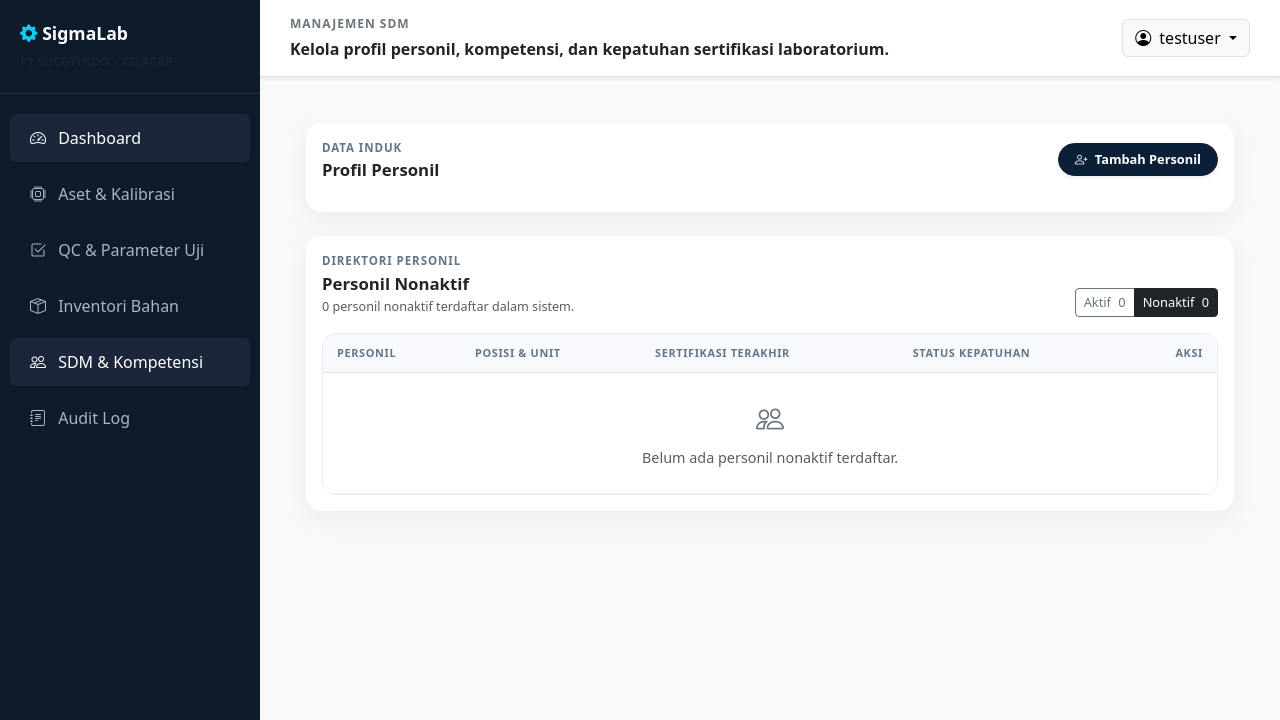
Repository: amelianeesa/sigmalab
Page: http://localhost/sdm?status=nonaktif
An editor plug-in stored every save of this project. The page is shown before and after the next save, followed by the edit.
The browser window is 1280 px wide. The pictures show the whole page.
The page is served by the project's Laravel application, run on PHP 8.4 with Laravel 12. A made-up administrator, Test User (test@example.com), is signed in. Other server files are loaded and not shown. Queries for data that is not in the repository find no rows.

Above is the page before, as saved 2026-08-05 16:12:53.

### routes/web.php
<?php

use Illuminate\Support\Facades\Route;
use App\Http\Controllers\AuthController;
use App\Http\Controllers\SdmController;

Route::get('/', [AuthController::class, 'showLogin']);
Route::get('/login', [AuthController::class, 'showLogin'])->name('login');
Route::post('/login', [AuthController::class, 'processLogin'])->name('login.process');

Route::get('/register', [AuthController::class, 'showRegister'])->name('register');
Route::post('/register', [AuthController::class, 'processRegister'])->name('register.process');

Route::post('/logout', [AuthController::class, 'logout'])->name('logout');

Route::middleware(['auth'])->group(function () {

    Route::get('/dashboard', function () {
        return view('dashboard-index');
    })->name('dashboard');

    Route::get('/sdm', [SdmController::class, 'index'])->name('sdm.index');
    Route::get('/sdm/create', [SdmController::class, 'create'])->name('sdm.create');
    Route::post('/sdm', [SdmController::class, 'store'])->name('sdm.store');
    Route::get('/sdm/{id}/edit', [SdmController::class, 'edit'])->name('sdm.edit');
    Route::put('/sdm/{id}', [SdmController::class, 'update'])->name('sdm.update');
    Route::delete('/sdm/{id}', [SdmController::class, 'destroy'])->name('sdm.destroy');

    Route::get('/sdm/{id}/kompetensi', [SdmController::class, 'kompetensiDetail'])->name('sdm.kompetensi.detail');
    Route::get('/sdm/{id}/cv', [SdmController::class, 'showCv'])->name('sdm.cv');
});

### app/Models/User.php
<?php

namespace App\Models;

use Illuminate\Database\Eloquent\Factories\HasFactory;
use Illuminate\Foundation\Auth\User as Authenticatable;
use Illuminate\Notifications\Notifiable;

class User extends Authenticatable
{
    use HasFactory, Notifiable;

    protected $table = 'users';
    protected $primaryKey = 'users_id';

    protected $fillable = [
        'personil_id',
        'username',
        'email',
        'password',
        'role_id',
        'status_aktif',
    ];

    protected $hidden = [
        'password',
    ];

    public function personil()
    {
        return $this->belongsTo(Personil::class, 'personil_id', 'personil_id');
    }

    public function role()
    {
        return $this->belongsTo(Role::class, 'role_id', 'roles_id');
    }
}

### app/Http/Controllers/SdmController.php
<?php
namespace App\Http\Controllers;

use Illuminate\Http\Request;
use App\Models\Personil; // Sesuaikan dengan model Anda
use App\Models\KompetensiPersonil;
use Carbon\Carbon;
use Illuminate\Support\Facades\DB;
use Illuminate\Support\Facades\Storage;

class SdmController extends Controller
{
    public function index()
    {
        $showInactive = request('status') === 'nonaktif';
        $personil = Personil::with(['kompetensi' => fn ($query) => $query->orderByDesc('tanggal_terbit')])
            ->where('status_aktif', ! $showInactive)
            ->get();

        $jumlahPersonilAktif = Personil::where('status_aktif', true)->count();
        $jumlahPersonilNonaktif = Personil::where('status_aktif', false)->count();

        $personil->each(function (Personil $item) {
            $sertifikasi = $item->kompetensi->first();
            $item->sertifikasiTerakhir = $sertifikasi;

            if (! $sertifikasi) {
                $item->statusSertifikasi = ['label' => 'Belum bersertifikat', 'class' => 'status-empty', 'icon' => 'dash-circle'];
            } elseif (! $sertifikasi->tanggal_berakhir) {
                $item->statusSertifikasi = ['label' => 'Aktif', 'class' => 'status-active', 'icon' => 'check-circle'];
            } elseif ($sertifikasi->tanggal_berakhir->isPast()) {
                $item->statusSertifikasi = ['label' => 'Kedaluwarsa', 'class' => 'status-expired', 'icon' => 'x-circle'];
            } elseif ($sertifikasi->tanggal_berakhir->lessThanOrEqualTo(today()->addDays(60))) {
                $item->statusSertifikasi = ['label' => 'Segera berakhir', 'class' => 'status-warning', 'icon' => 'exclamation-circle'];
            } else {
                $item->statusSertifikasi = ['label' => 'Aktif', 'class' => 'status-active', 'icon' => 'check-circle'];
            }
        });
        $selectedPersonil = $personil->firstWhere('personil_id', request('personil_id'));

        return view('sdm.index', compact(
            'personil',
            'selectedPersonil',
            'showInactive',
            'jumlahPersonilAktif',
            'jumlahPersonilNonaktif'
        ));
    }

    public function create()
    {
        return view('sdm.create');
    }

    public function store(Request $request)
    {
        $request->validate([
            'no_induk' => 'required|unique:personil,no_induk',
            'nama' => 'required|string|max:100',
            'jabatan' => 'required|string|max:100',
            'unit_kerja' => 'required|string|max:100',
            'file_cv' => 'nullable|mimes:pdf,jpg,jpeg,png|max:2048',
            'nama_sertifikasi' => 'nullable|string|max:100',
            'no_sertifikasi' => 'nullable|string|max:100',
            'tanggal_terbit' => 'nullable|date',
            'tanggal_berakhir' => 'nullable|date|after_or_equal:tanggal_terbit',
        ]);

        $cvName = null;
        if ($request->hasFile('file_cv')) {
            $cvName = time() . '_' . $request->file_cv->getClientOriginalName();
            Storage::disk('local')->putFileAs('public/uploads/cv', $request->file('file_cv'), $cvName);
        }

        DB::transaction(function () use ($request, $cvName) {
            $personil = Personil::create([
                'no_induk' => $request->no_induk,
                'nama' => $request->nama,
                'jabatan' => $request->jabatan,
                'unit_kerja' => $request->unit_kerja,
                'file_cv' => $cvName,
                'status_aktif' => true,
            ]);

            if ($request->filled('nama_sertifikasi')) {
                $tanggalTerbit = Carbon::parse($request->input('tanggal_terbit') ?: today()->toDateString());

                KompetensiPersonil::create([
                    'personil_id' => $personil->personil_id,
                    'jenis_sertifikasi' => $request->nama_sertifikasi,
                    'no_sertifikasi' => $request->no_sertifikasi,
                    'tanggal_terbit' => $tanggalTerbit->toDateString(),
                    'tanggal_berakhir' => $request->tanggal_berakhir,
                ]);
            }
        });

        return redirect()->route('sdm.index')->with('success', 'Data personil berhasil ditambahkan.');
    }

    public function edit($id)
    {
        $personil = Personil::with(['kompetensi' => fn ($query) => $query->orderByDesc('tanggal_terbit')])->findOrFail($id);
        $sertifikasi = $personil->kompetensi->first();

        return view('sdm.edit', compact('personil', 'sertifikasi'));
    }

    public function update(Request $request, $id)
    {
        $personil = Personil::findOrFail($id);

        $request->validate([
            'no_induk' => 'required|unique:personil,no_induk,' . $id . ',personil_id',
            'nama' => 'required|string|max:100',
            'jabatan' => 'required|string|max:100',
            'unit_kerja' => 'required|string|max:100',
            'file_cv' => 'nullable|mimes:pdf,jpg,jpeg,png|max:2048',
            'nama_sertifikasi' => 'nullable|string|max:100',
            'no_sertifikasi' => 'nullable|string|max:100',
            'tanggal_terbit' => 'nullable|date',
            'tanggal_berakhir' => 'nullable|date|after_or_equal:tanggal_terbit',
        ]);

        if ($request->hasFile('file_cv')) {
            if ($personil->file_cv && Storage::disk('local')->exists('public/uploads/cv/' . $personil->file_cv)) {
                Storage::disk('local')->delete('public/uploads/cv/' . $personil->file_cv);
            }
            $cvName = time() . '_' . $request->file_cv->getClientOriginalName();
            Storage::disk('local')->putFileAs('public/uploads/cv', $request->file('file_cv'), $cvName);
            $personil->file_cv = $cvName;
        }

        DB::transaction(function () use ($personil, $request) {
            $personil->update([
                'no_induk' => $request->no_induk,
                'nama' => $request->nama,
                'jabatan' => $request->jabatan,
                'unit_kerja' => $request->unit_kerja,
            ]);

            if ($request->filled('nama_sertifikasi')) {
                $dataSertifikasi = [
                    'jenis_sertifikasi' => $request->nama_sertifikasi,
                    'no_sertifikasi' => $request->no_sertifikasi,
                    'tanggal_terbit' => $request->tanggal_terbit,
                    'tanggal_berakhir' => $request->tanggal_berakhir,
                ];

                $sertifikasi = $personil->kompetensi()->orderByDesc('tanggal_terbit')->first();
                $sertifikasi
                    ? $sertifikasi->update($dataSertifikasi)
                    : $personil->kompetensi()->create($dataSertifikasi);
            }
        });

        return redirect()->route('sdm.index')->with('success', 'Data personil berhasil diperbarui.');
    }

    public function destroy($id)
    {
        $personil = Personil::findOrFail($id);
        // Soft delete sesuai rancangan database
        $personil->update(['status_aktif' => false]);

        return redirect()->route('sdm.index')->with('success', 'Data personil dinonaktifkan (Soft Delete).');
    }

    public function activate($id)
    {
        $personil = Personil::findOrFail($id);
        $personil->update(['status_aktif' => true]);

        return redirect()->route('sdm.index')->with('success', 'Personil berhasil diaktifkan kembali.');
    }

    public function forceDestroy($id)
    {
        $personil = Personil::where('status_aktif', false)->findOrFail($id);

        if (DB::table('kegiatan_personil')->where('personil_id', $personil->personil_id)->exists()) {
            return redirect()->route('sdm.index', ['status' => 'nonaktif'])
                ->with('error', 'Personil tidak dapat dihapus permanen karena masih tercatat dalam kegiatan laboratorium.');
        }

        $fileCv = $personil->file_cv;
        $personil->delete();

        if ($fileCv && Storage::disk('local')->exists('public/uploads/cv/' . $fileCv)) {
            Storage::disk('local')->delete('public/uploads/cv/' . $fileCv);
        }

        return redirect()->route('sdm.index', ['status' => 'nonaktif'])
            ->with('success', 'Data personil beserta CV dan sertifikasinya telah dihapus permanen.');
    }

    public function kompetensiDetail($id)
    {
        $personil = Personil::with(['kompetensi' => fn ($query) => $query->orderByDesc('tanggal_terbit')])->findOrFail($id);
        return view('sdm.kompetensi_detail', compact('personil'));
    }

    public function storeKompetensi(Request $request, $id)
    {
        $personil = Personil::findOrFail($id);
        $data = $request->validate([
            'jenis_sertifikasi' => 'required|string|max:100',
            'no_sertifikasi' => 'nullable|string|max:100',
            'tanggal_terbit' => 'nullable|date',
            'tanggal_berakhir' => 'nullable|date|after_or_equal:tanggal_terbit',
        ]);

        $personil->kompetensi()->create($data);

        return redirect()->route('sdm.kompetensi.detail', $personil->personil_id)
            ->with('success', 'Sertifikat berhasil ditambahkan.');
    }

    public function updateKompetensi(Request $request, $id, $kompetensiId)
    {
        $personil = Personil::findOrFail($id);
        $kompetensi = $personil->kompetensi()->findOrFail($kompetensiId);
        $data = $request->validate([
            'jenis_sertifikasi' => 'required|string|max:100',
            'no_sertifikasi' => 'nullable|string|max:100',
            'tanggal_terbit' => 'nullable|date',
            'tanggal_berakhir' => 'nullable|date|after_or_equal:tanggal_terbit',
        ]);

        $kompetensi->update($data);

        return redirect()->route('sdm.kompetensi.detail', $personil->personil_id)
            ->with('success', 'Sertifikat berhasil diperbarui.');
    }

    public function destroyKompetensi($id, $kompetensiId)
    {
        $personil = Personil::findOrFail($id);
        $personil->kompetensi()->findOrFail($kompetensiId)->delete();

        return redirect()->route('sdm.kompetensi.detail', $personil->personil_id)
            ->with('success', 'Sertifikat berhasil dihapus.');
    }

    public function showCv($id)
    {
    $personil = Personil::findOrFail($id);
        $path = 'public/uploads/cv/' . $personil->file_cv;

        abort_unless($personil->file_cv && Storage::disk('local')->exists($path), 404, 'File CV tidak ditemukan.');

        return Storage::disk('local')->response($path, $personil->file_cv, [
            'Content-Disposition' => 'inline; filename="' . $personil->file_cv . '"',
        ]);
    }
}

### app/Models/Personil.php
<?php

namespace App\Models;

use Illuminate\Database\Eloquent\Factories\HasFactory;
use Illuminate\Database\Eloquent\Model;
use App\Models\KompetensiPersonil;

class Personil extends Model
{
    use HasFactory;

    protected $table = 'personil';
    protected $primaryKey = 'personil_id';

    protected $fillable = [
        'nama',
        'jabatan',
        'unit_kerja',
        'no_induk',
        'file_cv',
        'status_aktif',
    ];

    public function kompetensi()
    {
        return $this->hasMany(KompetensiPersonil::class, 'personil_id', 'personil_id');
    }
}

### resources/views/layouts/app.blade.php
<!DOCTYPE html>
<html lang="id">

<head>
    <meta charset="UTF-8">
    <title>Dashboard - SIGMALAB Sucofindo</title>
    <link href="https://cdn.jsdelivr.net/npm/bootstrap@5.3.0/dist/css/bootstrap.min.css" rel="stylesheet">
    <link href="https://cdn.jsdelivr.net/npm/bootstrap-icons@1.10.5/font/bootstrap-icons.css" rel="stylesheet">
    <style>
        body {
            background-color: #f8f9fa;
        }

        /* Sidebar Styling */
        #sidebar {
            min-height: 100vh;
            background-color: #0d1b2a;
            color: #fff;
            width: 260px;
            position: fixed;
            top: 0;
            left: 0;
            z-index: 100;
        }

        #sidebar .brand {
            padding: 20px;
            font-weight: bold;
            font-size: 1.1rem;
            border-bottom: 1px solid rgba(255, 255, 255, 0.1);
        }

        #sidebar .nav-link {
            color: #adb5bd;
            padding: 12px 20px;
            margin: 4px 10px;
            border-radius: 6px;
        }

        #sidebar .nav-link:hover,
        #sidebar .nav-link.active {
            color: #fff;
            background-color: #1b263b;
        }

        /* Main Content Styling */
        #content {
            margin-left: 260px;
            padding: 30px;
        }

        .top-navbar {
            background: #fff;
            padding: 15px 30px;
            border-bottom: 1px solid #dee2e6;
            margin-left: 260px;
            display: flex;
            justify-content: space-between;
            align-items: center;
        }
    </style>
</head>

<body>

    <!-- Sidebar -->
    <div id="sidebar" class="d-flex flex-column">
        <div class="brand">
            <i class="bi bi-gear-fill text-info"></i> SigmaLab<br>
            <small class="text-muted" style="font-size: 0.75rem;">PT SUCOFINDO – CILACAP</small>
        </div>
        <ul class="nav flex-column mt-3">
            <li class="nav-item">
                <a href="{{ route('dashboard') }}" class="nav-link active"><i class="bi bi-speedometer2 me-2"></i>
                    Dashboard</a>
            </li>
            <li class="nav-item">
                <a href="#" class="nav-link"><i class="bi bi-cpu me-2"></i> Aset & Kalibrasi</a>
            </li>
            <li class="nav-item">
                <a href="#" class="nav-link"><i class="bi bi-check2-square me-2"></i> QC & Parameter Uji</a>
            </li>
            <li class="nav-item">
                <a href="#" class="nav-link"><i class="bi bi-box-seam me-2"></i> Inventori Bahan</a>
            </li>
            <li class="nav-item">
                <a href="{{ route('sdm.index') }}" class="nav-link {{ request()->routeIs('sdm*') ? 'active' : '' }}">
                    <i class="bi bi-people me-2"></i> SDM & Kompetensi
                </a>
            </li>
            <li class="nav-item">
                <a href="#" class="nav-link"><i class="bi bi-journal-text me-2"></i> Audit Log</a>
            </li>
        </ul>
    </div>

    <!-- Top Navbar -->
    <div class="top-navbar shadow-sm">
        <div>
            <span class="text-uppercase text-secondary fs-7 fw-bold d-block mb-1" style="font-size: 12px; letter-spacing: 1px;">MANAJEMEN SDM</span>
            <h7 class="mb-0 fw-bold">Kelola profil personil, kompetensi, dan kepatuhan sertifikasi laboratorium.</h7>
        </div>
        <div class="dropdown">
            <button class="btn btn-light dropdown-toggle border" type="button" data-bs-toggle="dropdown">
                <i class="bi bi-person-circle me-1"></i> {{ Auth::user()->username ?? 'Admin' }}
            </button>
            <ul class="dropdown-menu dropdown-menu-end">
                <li>
                    <form action="{{ route('logout') }}" method="POST">
                        @csrf
                        <button type="submit" class="dropdown-item text-danger"><i
                                class="bi bi-box-arrow-right me-2"></i> Logout</button>
                    </form>
                </li>
            </ul>
        </div>
    </div>

    <!-- Main Content -->
    <div id="content">
        @yield('content')
    </div>

    <script src="https://cdn.jsdelivr.net/npm/bootstrap@5.3.0/dist/js/bootstrap.bundle.min.js"></script>
</body>

</html>

Loaded but not shown: app/Http/Controllers/Controller.php (common file); resources/views/sdm/index.blade.php (338 lines, source omitted)

After the next save:
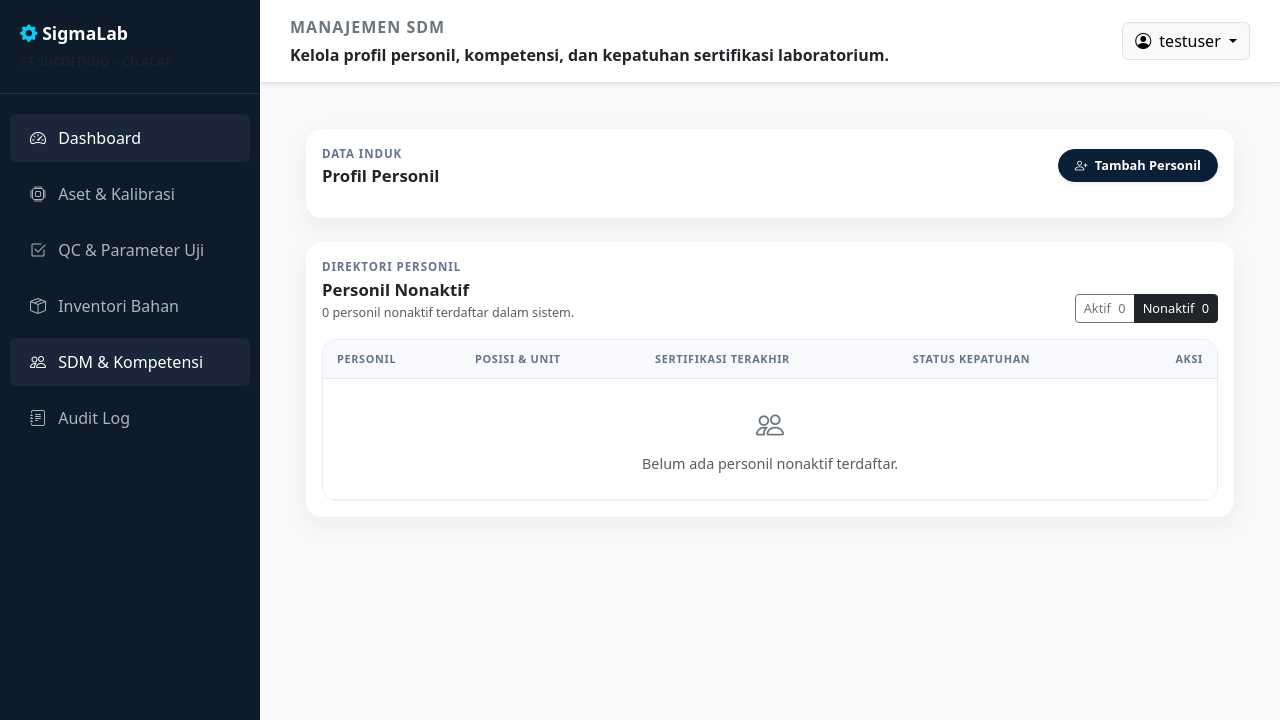
Saved 7 s later.
--- a/resources/views/layouts/app.blade.php
+++ b/resources/views/layouts/app.blade.php
@@ -97,7 +97,7 @@
     <!-- Top Navbar -->
     <div class="top-navbar shadow-sm">
         <div>
-            <span class="text-uppercase text-secondary fs-7 fw-bold d-block mb-1" style="font-size: 12px; letter-spacing: 1px;">MANAJEMEN SDM</span>
+            <span class="text-uppercase text-secondary fs-7 fw-bold d-block mb-1" style="font-size: 20  px; letter-spacing: 1px;">MANAJEMEN SDM</span>
             <h7 class="mb-0 fw-bold">Kelola profil personil, kompetensi, dan kepatuhan sertifikasi laboratorium.</h7>
         </div>
         <div class="dropdown">
